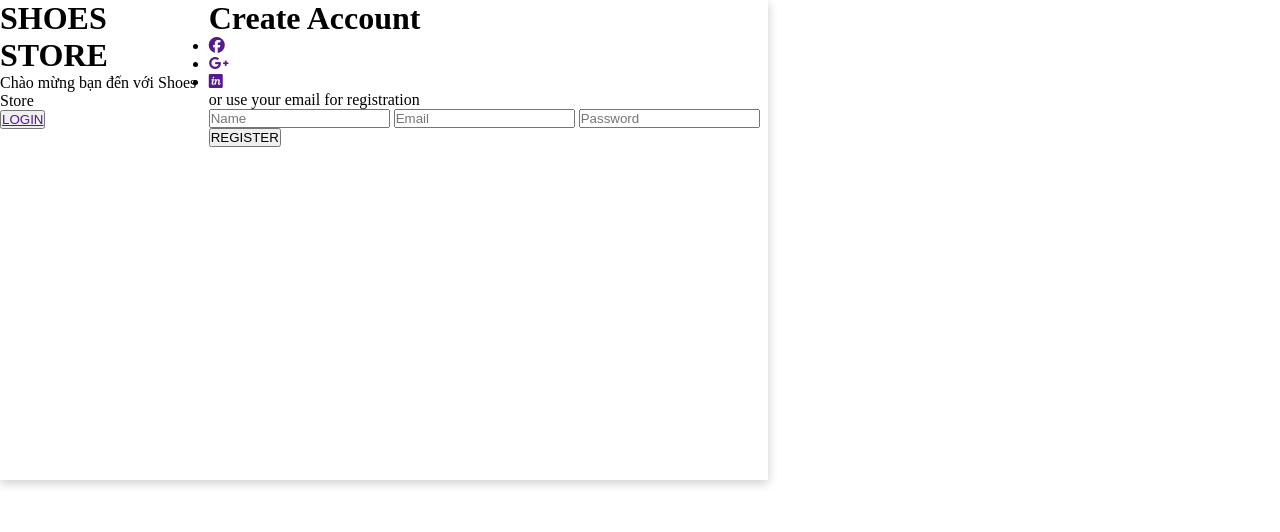
Repository: levananh202ht/Shoes-Store
Page: FondEnd/Styles/Register.html
These files come from the project's save history. The page is drawn as it stood at one moment and after the next save; the edit follows.
The browser window is 1280 px wide. The pictures show the whole page.

Above is the page before, as saved 2023-12-23 03:29:03.

After the next save:
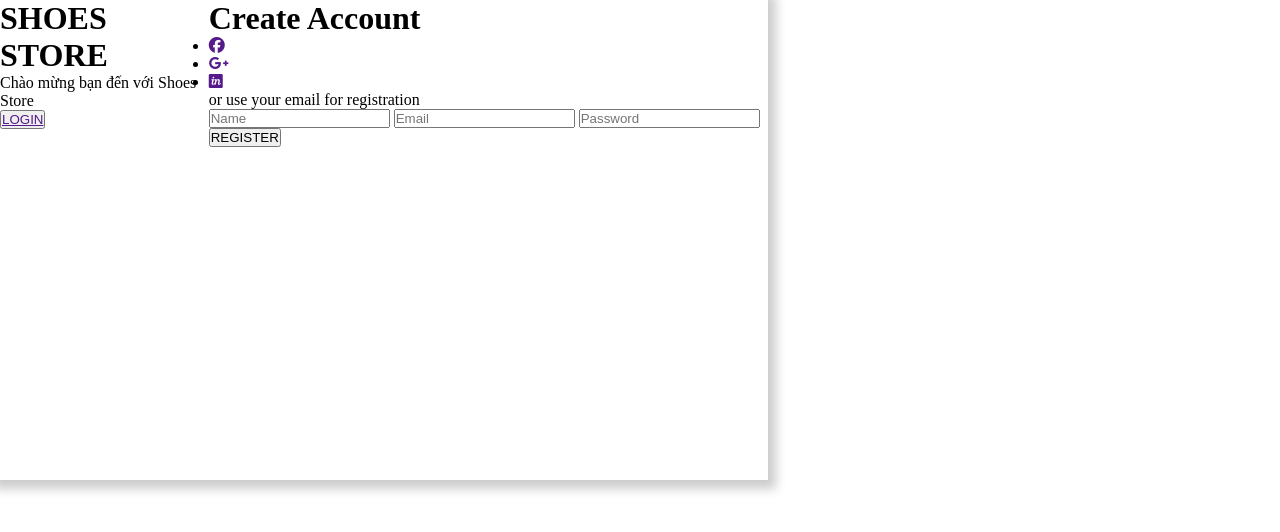
Saved 87 s later.
--- a/FondEnd/Styles/Register.css
+++ b/FondEnd/Styles/Register.css
@@ -13,5 +13,5 @@ body{
     width: 768px;
     height: 480px;
     background: #fff;
-    box-shadow:0px 3px 10px #ccc  ;
+    box-shadow:1px 2px 10px 7px #ccc  ;
 }
